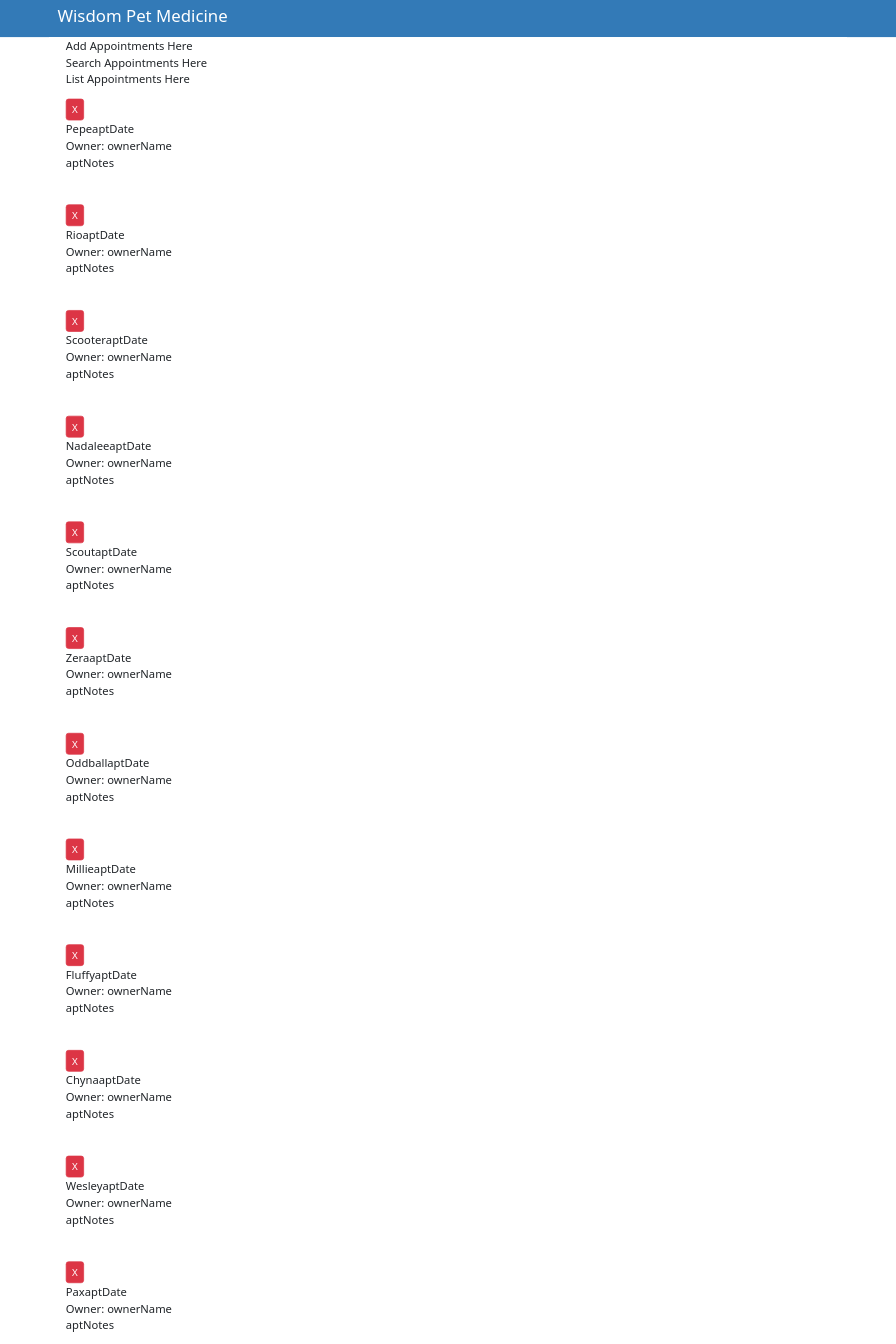
Repository: DevLuDaley/reactinterface
Page: /
The author's editor kept a copy of each file at every save. The page is drawn from the files as they stood at one save, then again after the next save.
The browser window is 1280 px wide. The pictures show the part of the page from y = 0 to 1920 px (the page is 3954 px tall), at 70% of full size.
The project was rebuilt for these pictures with package versions that can differ from the ones it lists, and the page was loaded fresh each time. Also part of the build but not shown: src/css/App.css.

Above is the page before, as saved 2021-02-04 18:10:17.

### public/index.html
<!DOCTYPE html>
<html lang="en">
  <head>
    <meta charset="utf-8" />
    <link rel="icon" href="%PUBLIC_URL%/favicon.ico" />
    <meta name="viewport" content="width=device-width, initial-scale=1" />
    <meta name="theme-color" content="#000000" />
    <meta
      name="description"
      content="Web site created using create-react-app"
    />
    <link rel="apple-touch-icon" href="%PUBLIC_URL%/logo192.png" />
    <!--
      manifest.json provides metadata used when your web app is installed on a
      user's mobile device or desktop. See https://developers.google.com/web/fundamentals/web-app-manifest/
    -->
    <link rel="manifest" href="%PUBLIC_URL%/manifest.json" />
    <!--
      Notice the use of %PUBLIC_URL% in the tags above.
      It will be replaced with the URL of the `public` folder during the build.
      Only files inside the `public` folder can be referenced from the HTML.

      Unlike "/favicon.ico" or "favicon.ico", "%PUBLIC_URL%/favicon.ico" will
      work correctly both with client-side routing and a non-root public URL.
      Learn how to configure a non-root public URL by running `npm run build`.
    -->
    <title>React App</title>
  </head>
  <body>
    <noscript>You need to enable JavaScript to run this app.</noscript>
    <header class="container text-white">
      <h4 class="py-2">Wisdom Pet Medicine</h4>
    </header>

    <div id="root"></div>

    <footer class="container d-flex text-white py-2">
      <p>
        All contents &copy; 2018
        <a href="https://www.linkedin.com/learning">LinkedIn Learning</a>. All
        rights reserved.
      </p>
      <div class="ml-auto">
        <a class="d-block text-white" href="#">Terms of use</a>
        <a class="d-block text-white" href="#">Privacy policy</a>
      </div>
      <!-- col-md-6 -->
    </footer>
    <!-- footer -->
  </body>
</html>

### src/index.js
import React from 'react';
import ReactDOM from 'react-dom';
import 'bootstrap/dist/css/bootstrap.css'
import './css/index.css';
import App from './components/App';
import reportWebVitals from './reportWebVitals';
// import * as serviceWorker from './serviceWorker';
import 'jquery/dist/jquery'
import 'popper.js/dist/umd/popper'
import 'bootstrap/dist/js/bootstrap'

ReactDOM.render(
  <React.StrictMode>
    <App />
  </React.StrictMode>,
  document.getElementById('root')
);

// If you want to start measuring performance in your app, pass a function
// to log results (for example: reportWebVitals(console.log))
// or send to an analytics endpoint. Learn more: https://bit.ly/CRA-vitals
// serviceWorker.unregister()
reportWebVitals();

### src/components/App.js
import React, { Component } from 'react'
import '../css/App.css';
import AddAppointments from './AddAppointments';
import SearchAppointments from './SearchAppointments';
import ListAppointments from './ListAppointments';

class App extends Component {
  constructor(props) {
    super(props);
    this.state = {
      // myName: 'LH',
      authorized: true,
      myAppointments: []
     }
  }
  componentDidMount() {
    fetch('./data.json')
    .then(response => response.json())
    .then(result => {
      const apts = result.map(item => {
        return item;
      })
      this.setState({
        myAppointments: apts
      })
    })
  }

  render() {
    // const listItems = this.state.myAppointments.map(item => (
    //   <div>
    //     <div>
    //       {item.petName}
    //     </div>
    //       <div>{item.ownerName}</div>
    //   </div>
    // ))
    return (
      // <div className="App">
            <main className="page bg-white" id="petratings">
        <div className="container">
          <div className="row">
            <div className="col-md-12 bg-white">
              <div className="container">
              {/* { this.state.myName} */}
              {/* { listItems } */}
                <div> <AddAppointments /> </div>
                <div> <SearchAppointments authorized={true}/> </div>
                <div> <ListAppointments appointments={this.state.myAppointments} /> </div>
              </div>
            </div>
          </div>
        </div>
      </main>
    // </div>
      );
  }
}

export default App;

### src/components/AddAppointments.js
import React, { Component } from 'react'

class AddAppointments extends Component {
    constructor(props) {
        super(props);
        this.state = {  }
    }
    render() {
        return (
            <div>
                Add Appointments Here
            </div>
         );
    }
}

export default AddAppointments;

### src/components/SearchAppointments.js
import React, { Component } from 'react'
class SearchAppointments extends Component {
    constructor(props) {
        super(props);
        this.state = {  }
    }
    render() {
        return (
        <div>
            Search Appointments Here
        </div>
        );
    }
}

export default SearchAppointments;

### src/components/ListAppointments.js
import React, { Component } from 'react'

class ListAppointments extends Component {
    constructor(props) {
        super(props);
        this.state = {  }
    }
    render() {
    //   const listItems = this.state.myAppointments.map(item => (
      const listItems = this.props.appointments.map(item => (
            <div>
                <div>
                {item.petName} -- {item.ownerName}</div>
            </div>
    ))



        return (
        <div>
            List Appointments Here
            {/* {listItems} */}
            {this.props.appointments.map(item => (
                <div className="appointment-list item-list mb-3">
          <div className="pet-item col media py-3">
            <div className="mr-3">
              <button className="pet-delete btn btn-sm btn-danger">X</button>
            </div>

            <div className="pet-info media-body">
              <div className="pet-head d-flex">
                <span className="pet-name">{item.petName}</span>
                <span className="apt-date ml-auto">aptDate</span>
              </div>

              <div className="owner-name">
                <span className="label-item">Owner: </span>
                <span>ownerName</span>
              </div>
              <div className="apt-notes">aptNotes</div>
            </div>
          </div>
      </div>
            ))}

        </div>
        );
    }
}
export default ListAppointments;

### public/data.json
[
  {
    "petName": "Pepe",
    "ownerName": "Reggie Tupp",
    "aptNotes": "It's time for this rabbit's post spaying surgery checkup",
    "aptDate": "2018-11-28 13:30"
  },
  {
    "petName": "Rio",
    "ownerName": "Philip Ransu",
    "aptNotes": "Rio is up for his next round of vaccinations",
    "aptDate": "2018-11-28 10:15"
  },
  {
    "petName": "Scooter",
    "ownerName": "Zachary Heilyn",
    "aptNotes": "Scooter has been pawing at his ear and may have an ear infection",
    "aptDate": "2018-11-28 14:45"
  },
  {
    "petName": "Nadalee",
    "ownerName": "Krystle Valerija",
    "aptNotes": "This dog is coming in for his monthly nail trim and grooming",
    "aptDate": "2018-11-28 16:00"
  },
  {
    "petName": "Scout",
    "ownerName": "Nicolette Bardeau",
    "aptNotes": "This dog is coming in for his annual checkup and vaccinations",
    "aptDate": "2018-11-28 9:00"
  },
  {
    "petName": "Zera",
    "ownerName": "Austin Finnagan",
    "aptNotes": "This iguana's is showing signs of dementia associated with his old age",
    "aptDate": "2018-11-29 13:15"
  },
  {
    "petName": "Oddball",
    "ownerName": "Howie Cadell",
    "aptNotes": "Oddball has a hard lump on right front foot",
    "aptDate": "2018-11-29 10:00"
  },
  {
    "petName": "Millie",
    "ownerName": "Freya Terray",
    "aptNotes": "MIllie has exhibited signs of an upset stomach and is not eating regularly",
    "aptDate": "2018-11-29 11:45"
  },
  {
    "petName": "Fluffy",
    "ownerName": "Tracy Westbay",
    "aptNotes": "Fluffy has some matted hair that needs to be groomed",
    "aptDate": "2018-11-29 14:30"
  },
  {
    "petName": "Chyna",
    "ownerName": "Sandie Gobnet",
    "aptNotes": "This turtle is coming in for a checkup and to be tested for Salmonella",
    "aptDate": "2018-11-29 16:00"
  },
  {
    "petName": "Wesley",
    "ownerName": "Nathan Cayden",
    "aptNotes": "This dog is returning for his next heartworm treatment visit",
    "aptDate": "2018-11-29 8:30"
  },
  {
    "petName": "Pax",
    "ownerName": "Sarah Greer",
    "aptNotes": "This senior dog has been sluggish and showing lethargic behavior",
    "aptDate": "2018-11-30 10:15"
  },
  {
    "petName": "Squiggles",
    "ownerName": "Madisyn Roope",
    "aptNotes": "Squiggles is due for her annual checkup and vaccinations",
    "aptDate": "2018-11-30 11:30"
  },
  {
    "petName": "Lucky",
    "ownerName": "Lisa Choy-Wu",
    "aptNotes": "This cat has tartar buildup and her owner would like his teeth cleaned",
    "aptDate": "2018-11-30 14:30"
  },
  {
    "petName": "Bailey",
    "ownerName": "Leslie Richardson",
    "aptNotes": "This cat is suffering from hotspots and dermatitis",
    "aptDate": "2018-11-30 15:45"
  },
  {
    "petName": "Kiko",
    "ownerName": "Kathlyn Zlata",
    "aptNotes": "Kiko has been exhibiting excessive thirst and weight loss for the past few weeks",
    "aptDate": "2018-11-30 9:00"
  },
  {
    "petName": "Felix",
    "ownerName": "Francine Benet",
    "aptNotes": "Felix's mom is coming in to follow up on  lab work results",
    "aptDate": "2018-12-1 13:00"
  },
  {
    "petName": "Sami",
    "ownerName": "Maggie Rickland",
    "aptNotes": "Sami has had some changes in his bathroom in habits",
    "aptDate": "2018-12-1 10:00"
  },
  {
    "petName": "Cosmo",
    "ownerName": "Jennifer Dawson",
    "aptNotes": "Cosmo's mom would like us to check for arthritic conditions and do a routine checkup",
    "aptDate": "2018-12-1 11:30"
  },
  {
    "petName": "Casper",
    "ownerName": "Dalania Devitto",
    "aptNotes": "This dog is coming in for a nail trim and grooming",
    "aptDate": "2018-12-1 15:15"
  },
  {
    "petName": "Chip",
    "ownerName": "Jason Hemlock",
    "aptNotes": "This fish has a spotty white patch developing on his back ",
    "aptDate": "2018-12-1 8:45"
  },
  {
    "petName": "Tibbs",
    "ownerName": "Shad Cayden",
    "aptNotes": "Tibbs has had an ongoing rash and cold symptoms and we are going to run allergy tests",
    "aptDate": "2018-12-2 13:30"
  },
  {
    "petName": "Stich",
    "ownerName": "Dennis Nicholback",
    "aptNotes": "Stich has been having some stomach issues and is due for his vaccinations",
    "aptDate": "2018-12-2 10:15"
  },
  {
    "petName": "Shadow",
    "ownerName": "Audry Topsy",
    "aptNotes": "This cat has a red swollen eye with a discharge",
    "aptDate": "2018-12-2 15:00"
  },
  {
    "petName": "Nugget",
    "ownerName": "Darla Branson",
    "aptNotes": "This little fish Nugget, has  a rash on his stomach area",
    "aptDate": "2018-12-2 9:00"
  }
]

Loaded but not shown: src/css/index.css (common file); src/reportWebVitals.js (common file)

After the next save:
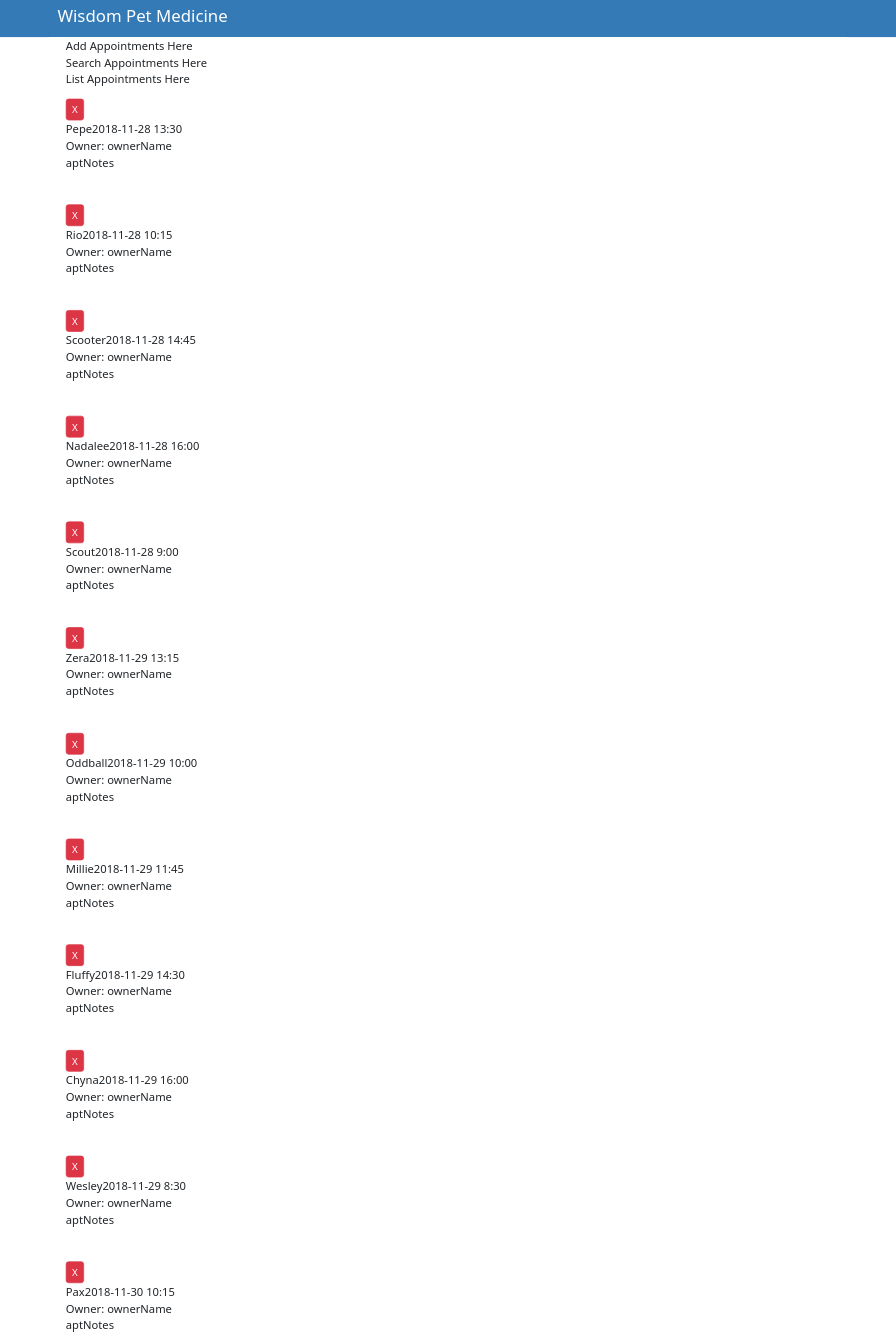
Saved 15 s later.
--- a/src/components/ListAppointments.js
+++ b/src/components/ListAppointments.js
@@ -30,7 +30,7 @@ class ListAppointments extends Component {
             <div className="pet-info media-body">
               <div className="pet-head d-flex">
                 <span className="pet-name">{item.petName}</span>
-                <span className="apt-date ml-auto">aptDate</span>
+                <span className="apt-date ml-auto">{item.aptDate}</span>
               </div>
 
               <div className="owner-name">
